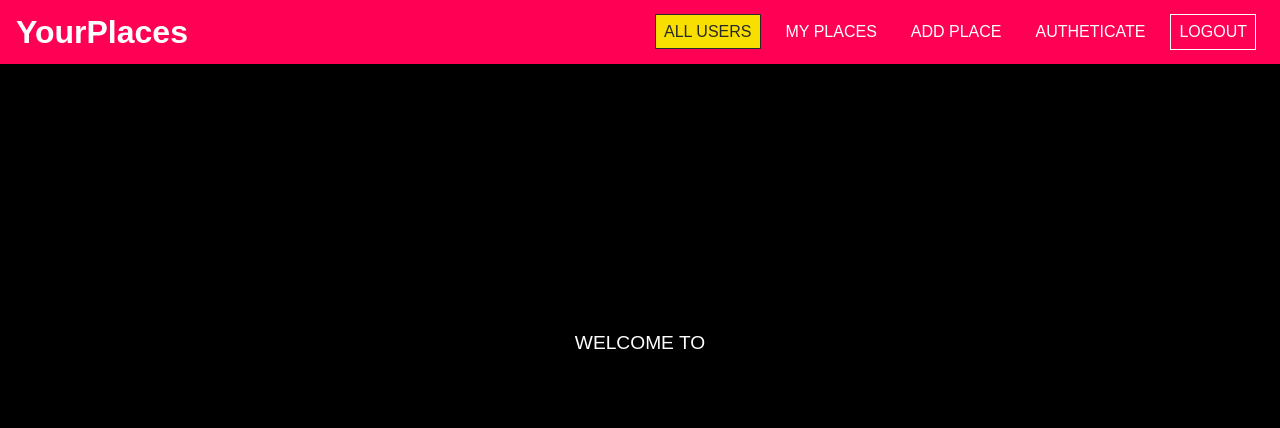
Repository: TanviSanyal/ImageEditingBootcamp
Page: /
The author's editor kept a copy of each file at every save. The page is drawn from the files as they stood at one save, then again after the next save.
The browser window is 1280 px wide. The pictures show the whole page.
The project was rebuilt for these pictures with package versions that can differ from the ones it lists, and the page was loaded fresh each time. Also part of the build but not shown: src/shared/components/navigation/SideDrawer.css, src/shared/components/UIElements/Backdrop.css, src/shared/components/UIElements/Backdrop.js.

Above is the page before, as saved 2020-09-26 22:55:25.

After the next save:
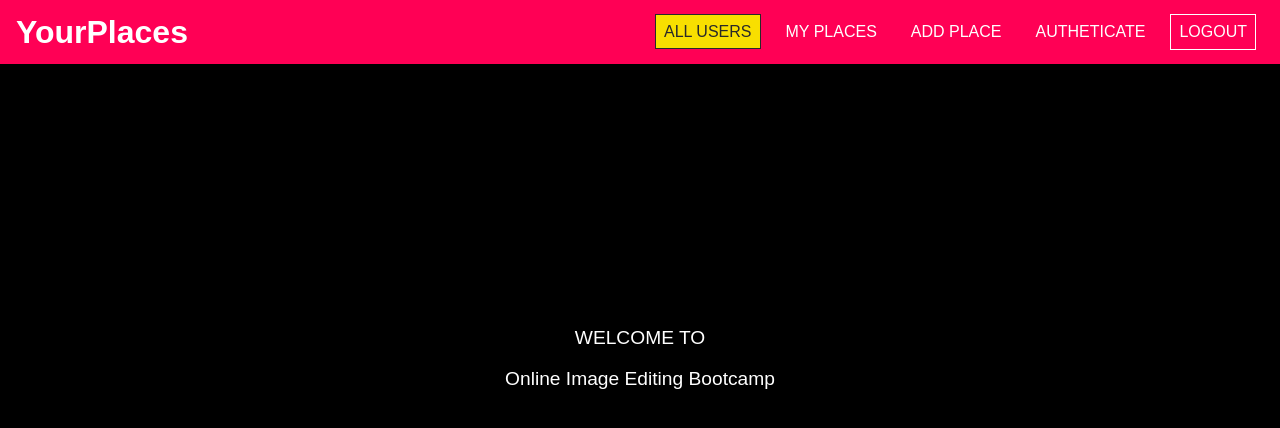
Saved 8 s later.
--- a/src/App.css
+++ b/src/App.css
@@ -11,7 +11,7 @@
   transform: translate(-50%,-50%);
 }
 
-span{
+.text1{
   color: white;
   font-size: 120%;
 }
